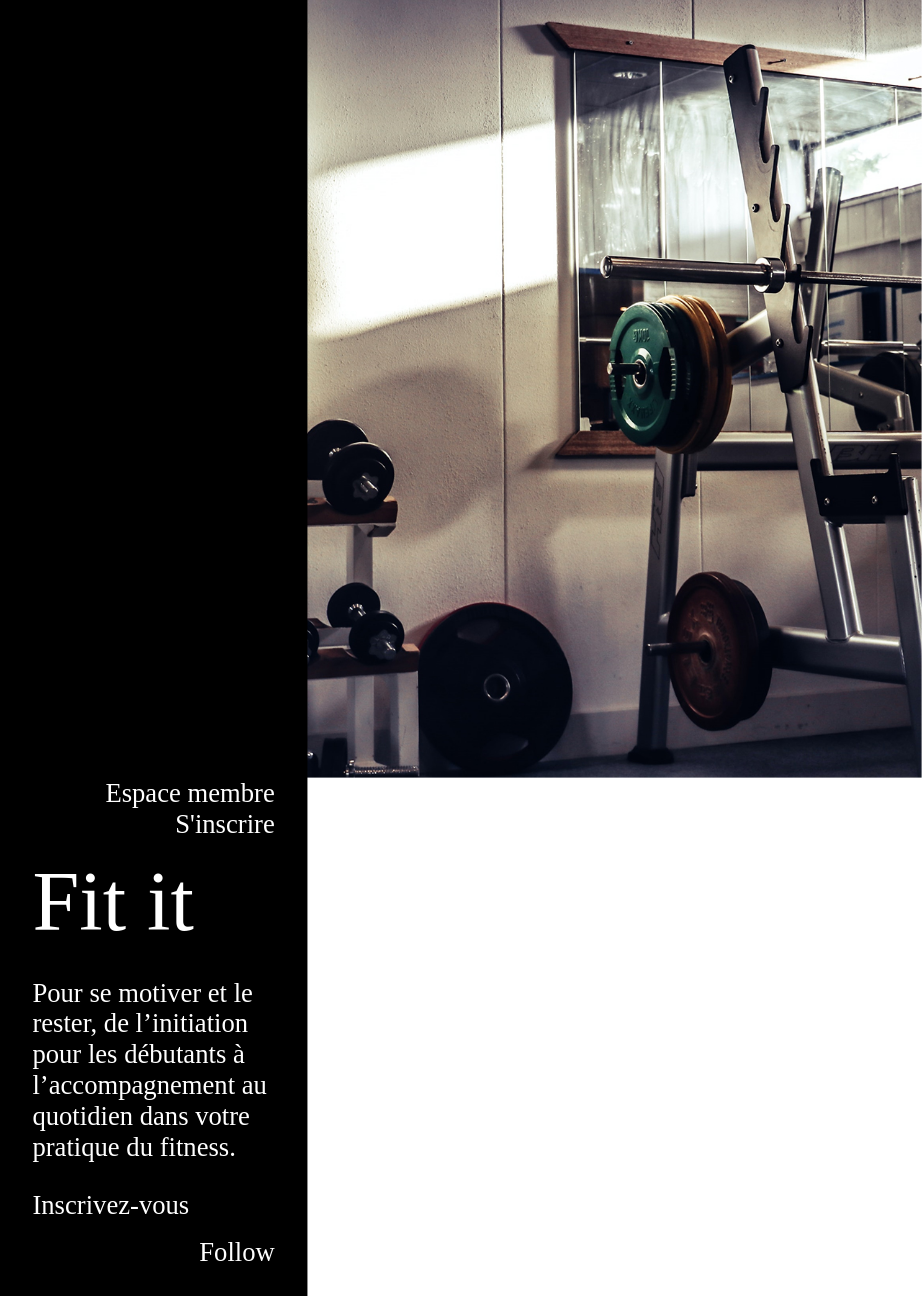
Repository: Mini-T/php-propre
Page: http://localhost/
An editor plug-in stored every save of this project. The page is shown before and after the next save, followed by the edit.
The browser window is 1280 px wide. The pictures show the whole page, at 72% of full size.
The page is run by PHP 8.4 with error messages shown; the project is at /var/www/html/.

Above is the page before, as saved 2021-03-25 11:01:48.

### Partiel/index.php
<!DOCTYPE html>
<html lang="en">

<head>
    <meta charset="UTF-8">
    <meta http-equiv="X-UA-Compatible" content="IE=edge">
    <meta name="viewport" content="width=device-width, initial-scale=1.0">
    <title>Document</title>
    <link rel="stylesheet" href="main.css">
</head>

<body>
    <div id="main">
        <header id="image">
            <div id="overlay">
                <div class="frat"></div>

                <div class="fratt">
                    <div id="row1">
                        <a href="#">Espace membre</a>
                        <br>
                        <a href="#">S'inscrire</a>
                    </div>
                    <div id="row2">
                        <h1 id="titre">Fit it</h1>
                        <p class="text">Pour se motiver et le rester, de l’initiation
                            pour les débutants à l’accompagnement au
                            quotidien dans votre pratique du fitness.</p>
                        <a href="#" class="text">Inscrivez-vous</a>
                    </div>
                    <div id="row3"><a href="" class="text" id="follow">Follow</a></div>
                </div>
            </div>
        </header>

    </div>
</body>

</html>

### Partiel/main.css
#main{
    display: flex;
}
body{
    overflow: hidden;
    margin: 0px;
}
a{
    text-decoration: none;
    color: unset;
}

#image{
    background-image: url('fond-normal-size.jpg');
    color: white;
    font-family: kanit;
    display: grid;
    max-width: 1920px;
    grid-template-columns: 1fr 2Fr;
    width: 100vw;
    height: 1080px;
    flex-direction: column;
}
.center{

}
.topright{
    background: black;
    font-size: 37px;
    text-align: right;
    margin-bottom: 243px;
}
#titre{
    margin: 0px;
    font-family: kanit medium;
    font-weight: normal;
    font-size: 117px;
    text-align: left;
}
.text{
    font-size: 37px;
    font-family: Sohne-Leicht ;
}
#follow{
    margin-bottom: 40px;
    text-align: right;
    height: fit-content;
    text-align: right;
}

.frat{
    width: 100%;
    height: 1080px;

}
.fratt{
    padding: 0px 45px  0px 45px;
    max-height: 1080px;
    height: 100vh;
    display: grid;
    grid-template-rows: 1fr 4fr 1fr ;



}
#row1{
    font-size: 37px;
    text-align: right;
}
#row2{

        height: fit-content
}
#row3{
    height: 100%;
    display: flex;
    flex-direction: column;
    justify-content: flex-end;
    align-content: flex-end;
}
#overlay {
    background-color: black;
}

After the next save:
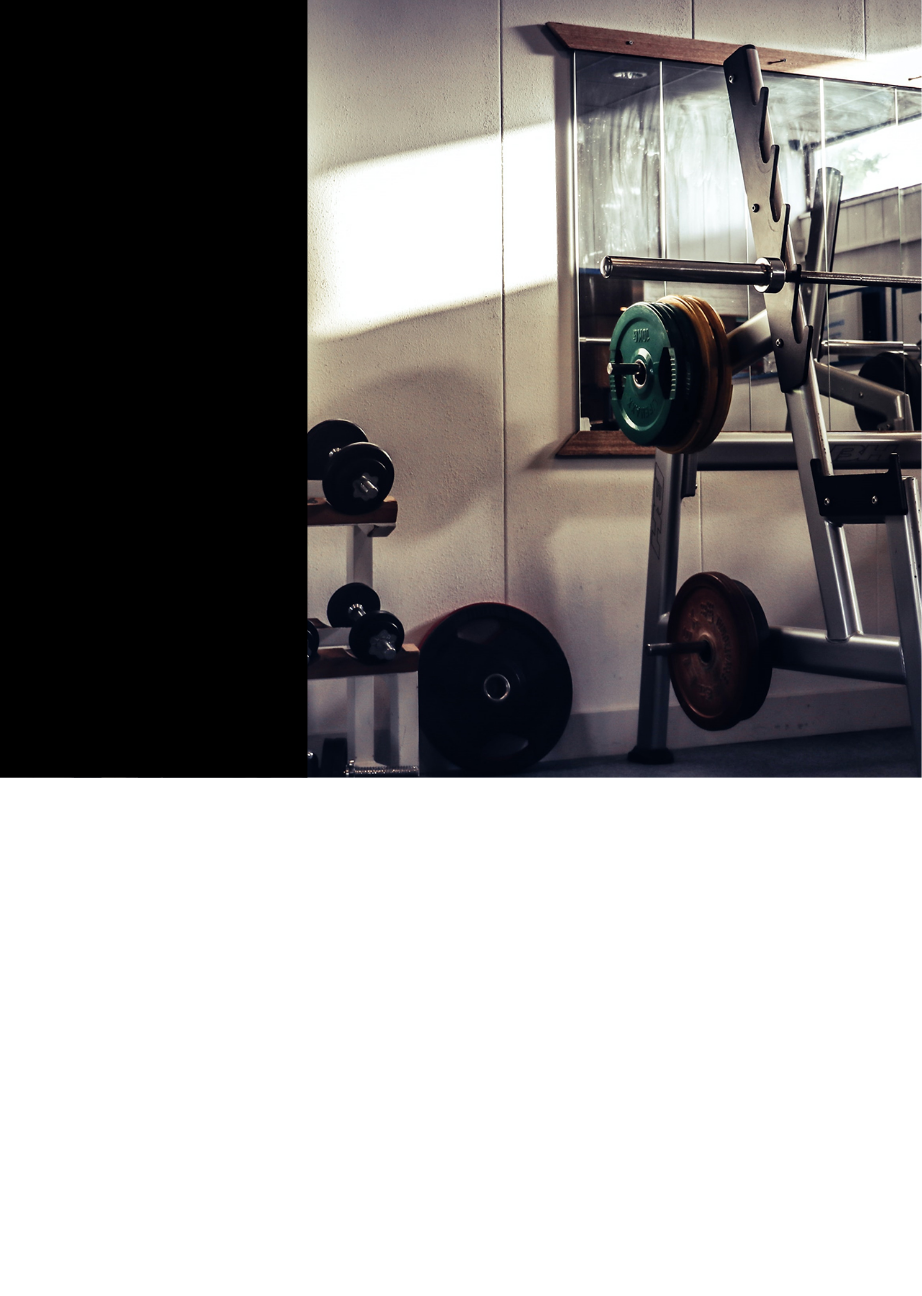
Saved 37 s later.
--- a/Partiel/main.css
+++ b/Partiel/main.css
@@ -79,5 +79,7 @@ a{
     align-content: flex-end;
 }
 #overlay {
+    max-height: 1080px;
+    max-width: 1920px;;
     background-color: black;
 }
